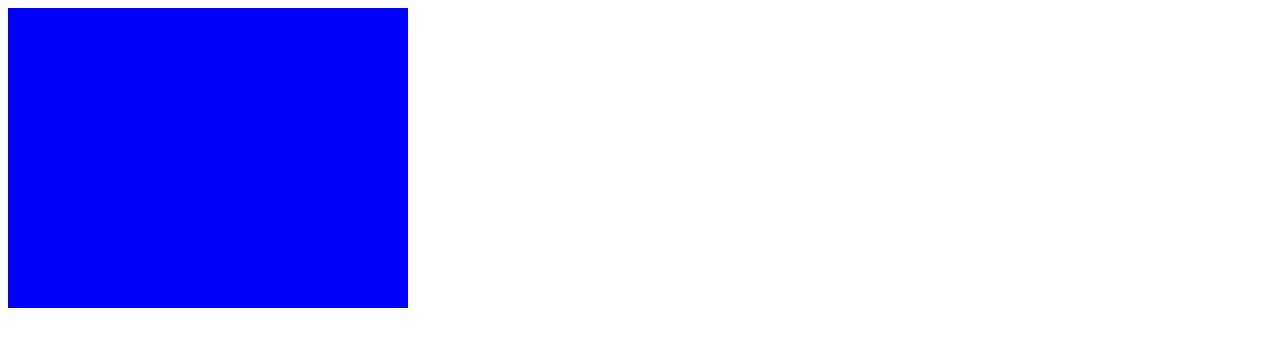
Repository: sonic247897/multicampus-web
Page: clientweb/WebContent/css/css_boxmodel_test02.html
These files come from the project's save history. The page is drawn as it stood at one moment and after the next save; the edit follows.
The browser window is 1280 px wide. The pictures show the whole page.

Above is the page before, as saved 2020-01-03 05:28:53.

### clientweb/WebContent/css/css_boxmodel_test02.html
<!DOCTYPE html>
<html>
<head>
	<meta charset="EUC-KR">
	<title>Insert title here</title>
	<style type="text/css">
		#mydiv1{
			width: 400px;
			height: 300px;
			background-color: blue;
			border-color: aqua;

		}
	</style>
</head>
<body>
	<div id="mydiv1"></div>
	<div id="mydiv2"></div>

</body>
</html>

After the next save:
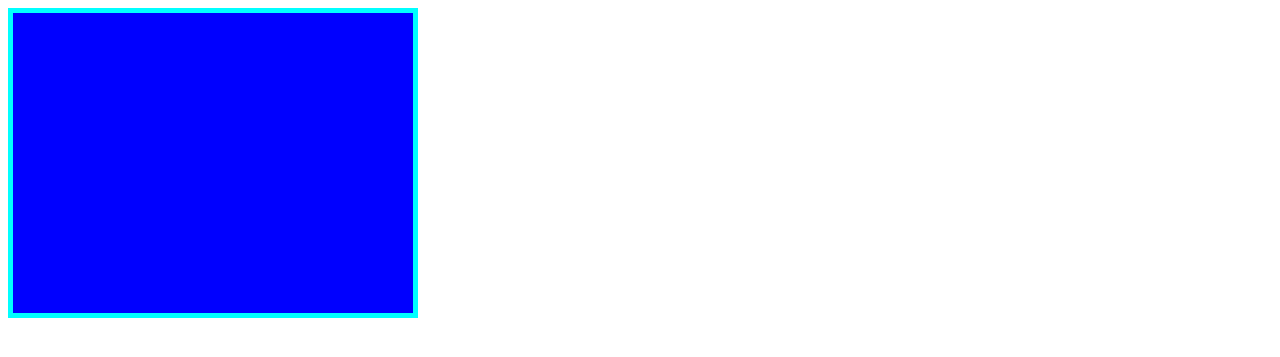
Saved 40 s later.
--- a/clientweb/WebContent/css/css_boxmodel_test02.html
+++ b/clientweb/WebContent/css/css_boxmodel_test02.html
@@ -9,7 +9,8 @@
 			height: 300px;
 			background-color: blue;
 			border-color: aqua;
-
+			border-style: solid;
+			border-width: 5px;
 		}
 	</style>
 </head>
